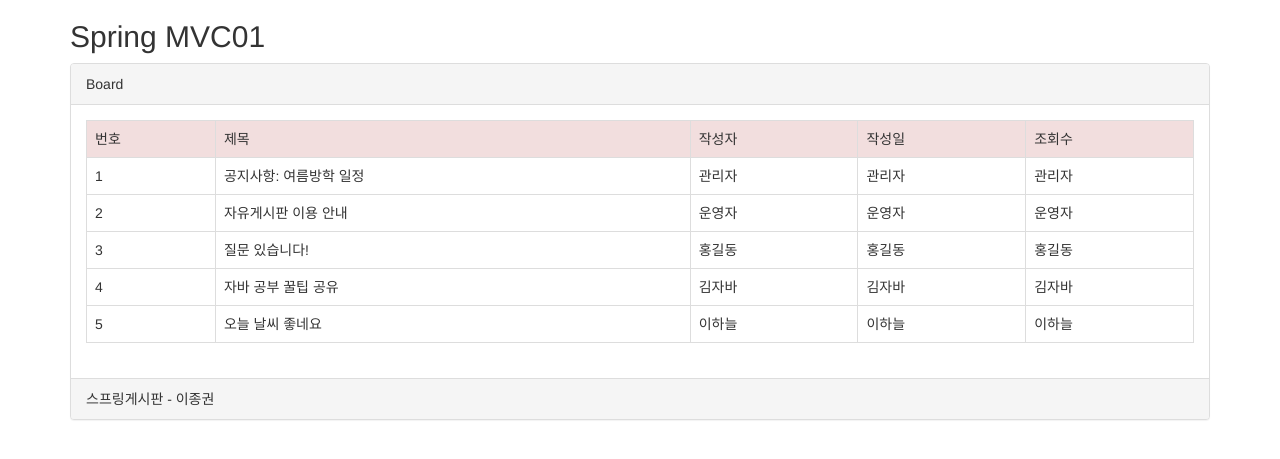
Repository: leejonggwon/PBG_SpringProject
Page: http://localhost/SpringMVC01/boardList.do
The author's editor kept a copy of each file at every save. The page is drawn from the files as they stood at one save, then again after the next save.
The browser window is 1280 px wide. The pictures show the whole page.
The page is served by Tomcat 9.

Above is the page before, as saved 2025-08-01 04:06:20.

After the next save:
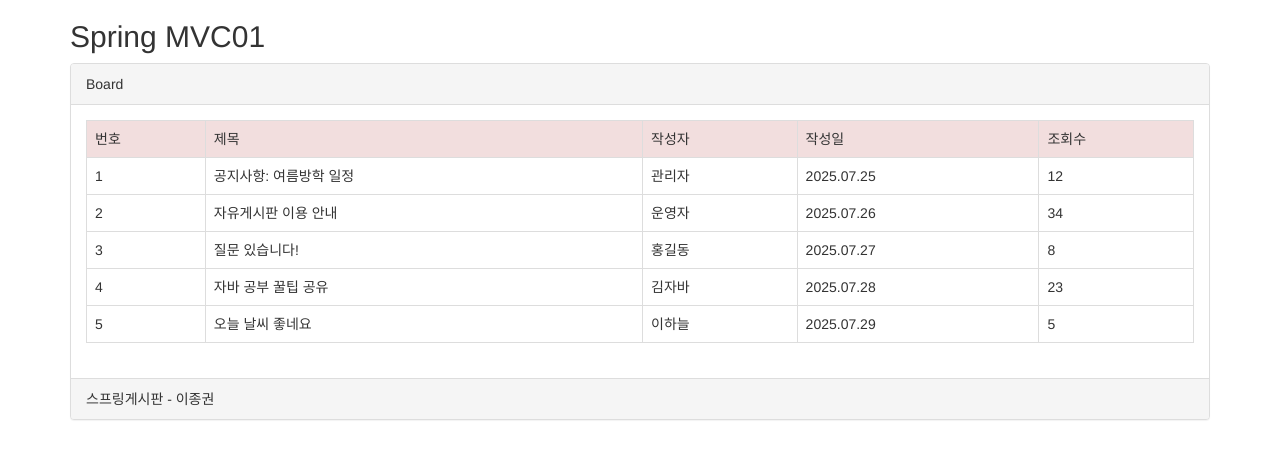
Saved 3 min 39 s later.
--- a/SpringMVC01/src/main/webapp/WEB-INF/views/boardList.jsp
+++ b/SpringMVC01/src/main/webapp/WEB-INF/views/boardList.jsp
@@ -30,8 +30,8 @@
 							<td>${board.idx}</td>
 							<td>${board.title}</td>
 							<td>${board.writer}</td>
-							<td>${board.writer}</td>
-							<td>${board.writer}</td>
+							<td>${board.indate}</td>
+							<td>${board.count}</td>
 						</tr>
 					</c:forEach>
 
